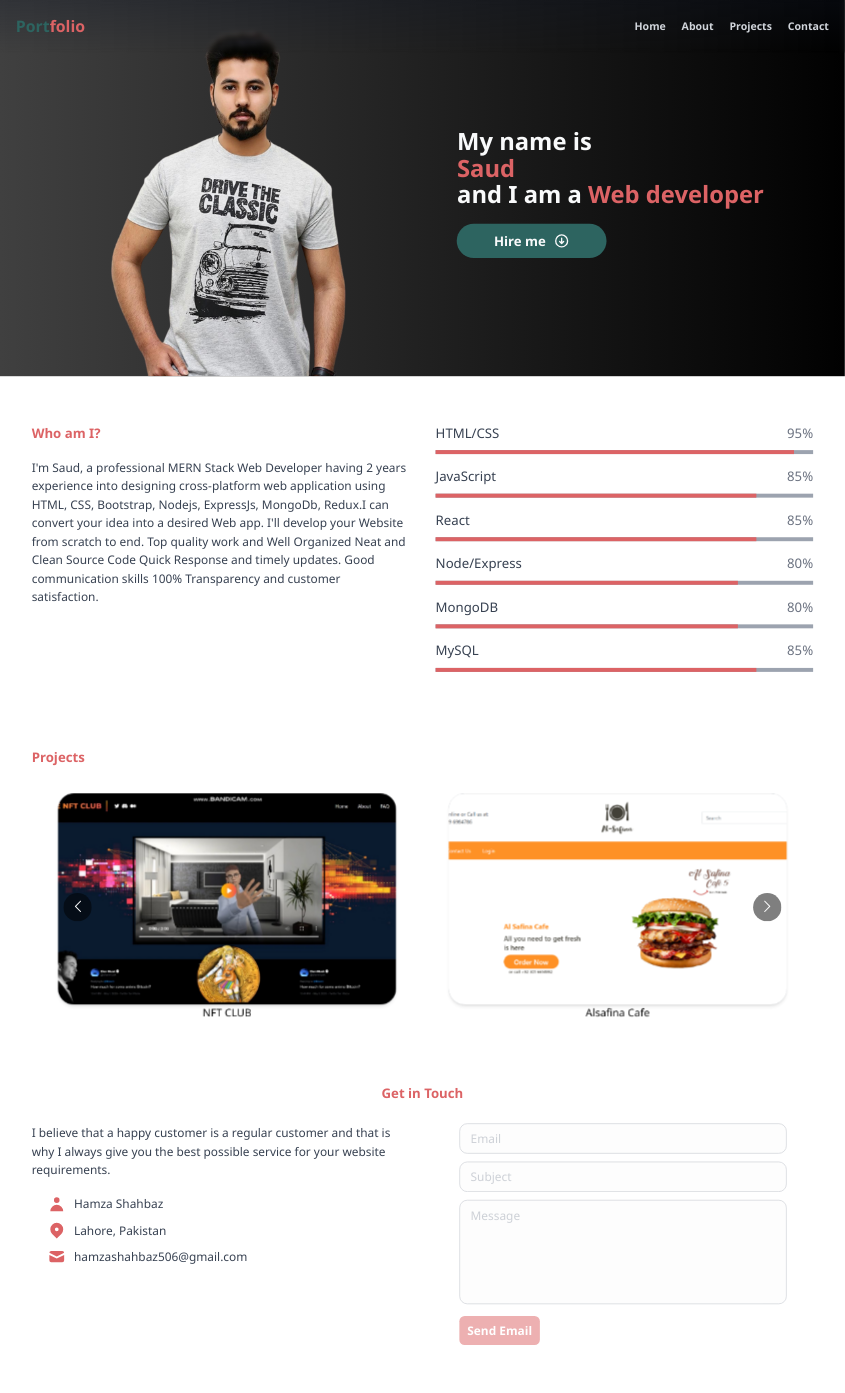
Repository: SaudCh/React-Portfolio-Shamraiz
Page: /
The author's editor kept a copy of each file at every save. The page is drawn from the files as they stood at one save, then again after a run of saves.
The browser window is 1280 px wide. The pictures show the whole page, at 66% of full size.
The project was rebuilt for these pictures with package versions that can differ from the ones it lists, and the page was loaded fresh each time. Also part of the build but not shown: src/components/Projects/Features.js, src/components/Projects/ProjectDetails.js. Imported but missing from the stored project, and not drawn on this page: src/projects/alsafina/assets/alsafina.mp4, src/projects/investalog/assets/bandicam 2022-08-09 22-47-54-577.mp4, src/projects/ipl/assets/bandicam 2022-08-09 22-57-46-079.mp4, src/projects/nftClub/assets/video.mp4, src/projects/optics/assets/bandicam 2022-08-06 21-18-36-735.mp4.

Above is the page before, as saved 2022-08-09 23:39:57.

After the next 2 saves:
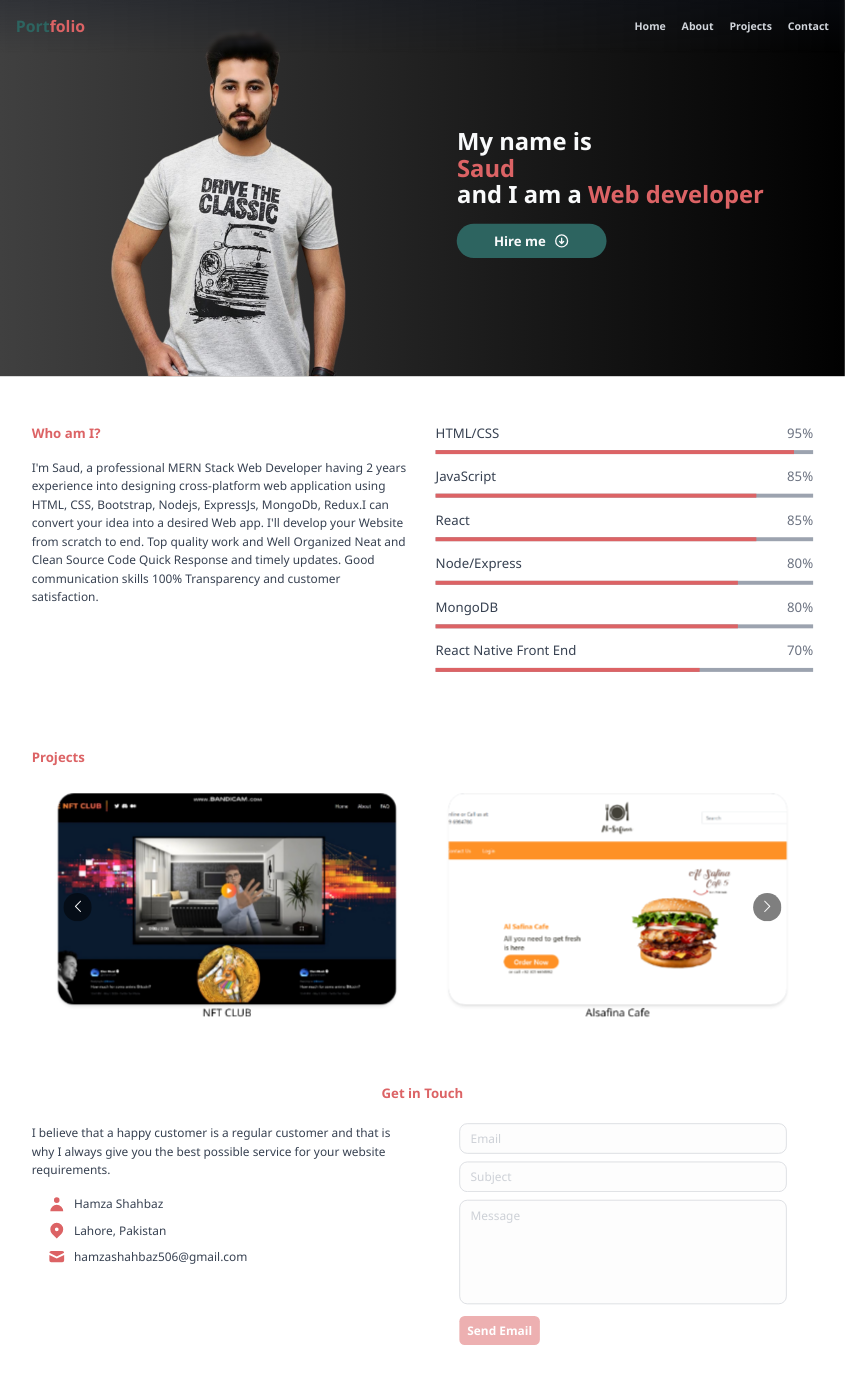
The 2 saves are shown as one change because they came seconds apart.
The last was saved 15 s later.
--- a/src/components/About/index.js
+++ b/src/components/About/index.js
@@ -27,7 +27,7 @@ const About = () => {
         <Skill name="React" level={85} />
         <Skill name="Node/Express" level={80} />
         <Skill name="MongoDB" level={80} />
-        <Skill name="MySQL" level={85} />
+        <Skill name="React Native Front End" level={70} />
       </div>
     </section>
   );
